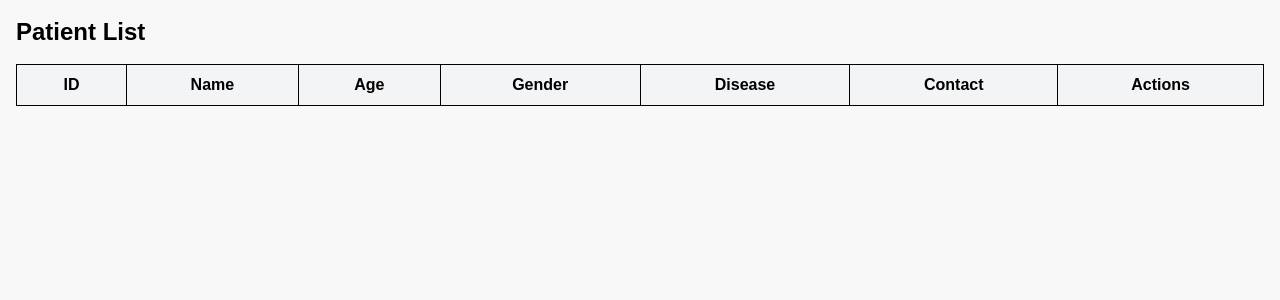
Repository: DangerCR7/patient-crud-app
Page: /patients (app in patient-crud-ui/)
These files come from the project's save history. The page is drawn as it stood at one moment and after the next save; the edit follows.
The browser window is 1280 px wide. The pictures show the whole page.
The page's requests for data from a server got no answer. The project was rebuilt for these pictures with package versions that can differ from the ones it lists, and the page was loaded fresh each time. The framework's server and built-in components were replaced by stand-ins that run in the browser. No one was signed in, and anything a server would have sent is missing. Also part of the build but not shown: patient-crud-ui/next.config.mjs.

Above is the page before, as saved 2025-07-14 20:25:25.

### patient-crud-ui/src/app/patients/page.js
'use client';

import React, { useEffect, useState } from 'react';
import Link from 'next/link';

export default function PatientsList() {
  const [patients, setPatients] = useState([]);

  const fetchPatients = async () => {
    const res = await fetch('http://localhost:8080/api/patients');
    const data = await res.json();
    setPatients(data);
  };

  const handleDelete = async (id) => {
    if (!confirm('Are you sure to delete this patient?')) return;
    await fetch(`http://localhost:8080/api/patients/${id}`, {
      method: 'DELETE',
    });
    fetchPatients(); // reload
  };

  useEffect(() => {
    fetchPatients();
  }, []);

  return (
    <div className="container mx-auto p-4 text-black">
      <h1 className="text-2xl font-bold mb-4">Patient List</h1>
      <table className="table-auto w-full border-collapse border border-gray-300">
        <thead className="bg-gray-100">
          <tr>
            <th className="border px-4 py-2">ID</th>
            <th className="border px-4 py-2">Name</th>
            <th className="border px-4 py-2">Age</th>
            <th className="border px-4 py-2">Gender</th>
            <th className="border px-4 py-2">Disease</th>
            <th className="border px-4 py-2">Contact</th>
            <th className="border px-4 py-2">Actions</th>
          </tr>
        </thead>
        <tbody>
          {patients.map((p) => (
            <tr key={p.id}>
              <td className="border px-4 py-2">{p.id}</td>
              <td className="border px-4 py-2">{p.name}</td>
              <td className="border px-4 py-2">{p.age}</td>
              <td className="border px-4 py-2">{p.gender}</td>
              <td className="border px-4 py-2">{p.disease}</td>
              <td className="border px-4 py-2">{p.contact}</td>
              <td className="border px-4 py-2">
                <Link href={`/patient-form?id=${p.id}`}>
                  <button className="bg-blue-500 text-white px-2 py-1 rounded mr-2">Edit</button>
                </Link>
                <button
                  onClick={() => handleDelete(p.id)}
                  className="bg-red-500 text-white px-2 py-1 rounded"
                >
                  Delete
                </button>
              </td>
            </tr>
          ))}
        </tbody>
      </table>
    </div>
  );
}

### patient-crud-ui/src/app/globals.css
@import "tailwindcss";

:root {
  --background: #ffffff;
  --foreground: #171717;
}

@theme inline {
  --color-background: var(--background);
  --color-foreground: var(--foreground);
  --font-sans: var(--font-geist-sans);
  --font-mono: var(--font-geist-mono);
}

@media (prefers-color-scheme: dark) {
  :root {
    --background: #0a0a0a;
    --foreground: #ededed;
  }
}

body {
  background-color: #f8f8f8;
  color: #000000;
  font-family: sans-serif;
}

Loaded but not shown: patient-crud-ui/src/app/layout.js (common file)

After the next save:
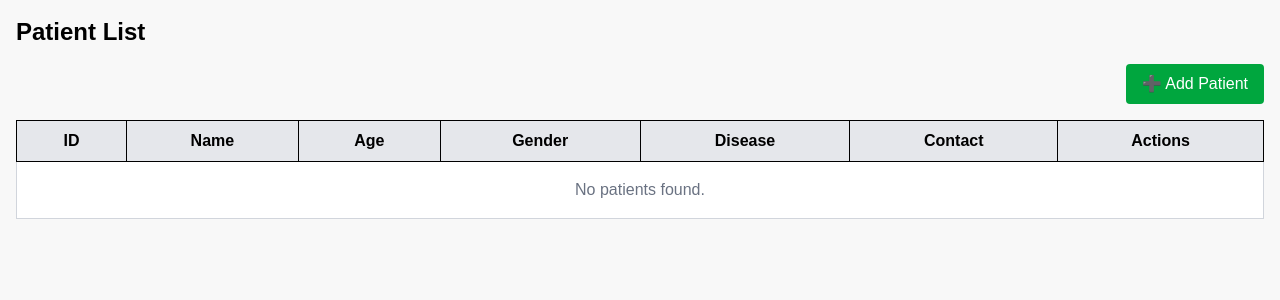
Saved 5 min 25 s later.
--- a/patient-crud-ui/src/app/patients/page.js
+++ b/patient-crud-ui/src/app/patients/page.js
@@ -2,34 +2,60 @@
 
 import React, { useEffect, useState } from 'react';
 import Link from 'next/link';
+import { useRouter } from 'next/navigation';
 
 export default function PatientsList() {
   const [patients, setPatients] = useState([]);
+  const router = useRouter();
 
   const fetchPatients = async () => {
-    const res = await fetch('http://localhost:8080/api/patients');
-    const data = await res.json();
-    setPatients(data);
-  };
-
-  const handleDelete = async (id) => {
-    if (!confirm('Are you sure to delete this patient?')) return;
-    await fetch(`http://localhost:8080/api/patients/${id}`, {
-      method: 'DELETE',
-    });
-    fetchPatients(); // reload
+    try {
+      const res = await fetch('http://localhost:8080/api/patients');
+      const data = await res.json();
+      setPatients(data);
+    } catch (error) {
+      console.error('Failed to fetch patients:', error);
+    }
   };
 
   useEffect(() => {
     fetchPatients();
   }, []);
 
+  const handleDelete = async (id) => {
+    if (!confirm('Are you sure you want to delete this patient?')) return;
+    try {
+      await fetch(`http://localhost:8080/api/patients/${id}`, {
+        method: 'DELETE',
+      });
+      fetchPatients(); // Refresh the list
+    } catch (error) {
+      console.error('Failed to delete patient:', error);
+    }
+  };
+
+  const handleEdit = (patient) => {
+    // Save patient data in localStorage to prefill the form
+    localStorage.setItem('editPatient', JSON.stringify(patient));
+    router.push('/patient-form');
+  };
+
   return (
     <div className="container mx-auto p-4 text-black">
       <h1 className="text-2xl font-bold mb-4">Patient List</h1>
-      <table className="table-auto w-full border-collapse border border-gray-300">
-        <thead className="bg-gray-100">
-          <tr>
+
+      {/* ✅ Add Patient Button */}
+      <div className="flex justify-end mb-4">
+        <Link href="/patient-form">
+          <button className="bg-green-600 text-white px-4 py-2 rounded">
+            ➕ Add Patient
+          </button>
+        </Link>
+      </div>
+
+      <table className="table-auto w-full border-collapse border border-gray-300 bg-white text-black">
+        <thead>
+          <tr className="bg-gray-200">
             <th className="border px-4 py-2">ID</th>
             <th className="border px-4 py-2">Name</th>
             <th className="border px-4 py-2">Age</th>
@@ -40,27 +66,38 @@ export default function PatientsList() {
           </tr>
         </thead>
         <tbody>
-          {patients.map((p) => (
-            <tr key={p.id}>
-              <td className="border px-4 py-2">{p.id}</td>
-              <td className="border px-4 py-2">{p.name}</td>
-              <td className="border px-4 py-2">{p.age}</td>
-              <td className="border px-4 py-2">{p.gender}</td>
-              <td className="border px-4 py-2">{p.disease}</td>
-              <td className="border px-4 py-2">{p.contact}</td>
-              <td className="border px-4 py-2">
-                <Link href={`/patient-form?id=${p.id}`}>
-                  <button className="bg-blue-500 text-white px-2 py-1 rounded mr-2">Edit</button>
-                </Link>
-                <button
-                  onClick={() => handleDelete(p.id)}
-                  className="bg-red-500 text-white px-2 py-1 rounded"
-                >
-                  Delete
-                </button>
+          {patients.length === 0 ? (
+            <tr>
+              <td colSpan="7" className="text-center py-4 text-gray-500">
+                No patients found.
               </td>
             </tr>
-          ))}
+          ) : (
+            patients.map((patient) => (
+              <tr key={patient.id} className="hover:bg-gray-100">
+                <td className="border px-4 py-2">{patient.id}</td>
+                <td className="border px-4 py-2">{patient.name}</td>
+                <td className="border px-4 py-2">{patient.age}</td>
+                <td className="border px-4 py-2">{patient.gender}</td>
+                <td className="border px-4 py-2">{patient.disease}</td>
+                <td className="border px-4 py-2">{patient.contact}</td>
+                <td className="border px-4 py-2 space-x-2">
+                  <button
+                    onClick={() => handleEdit(patient)}
+                    className="bg-blue-500 text-white px-2 py-1 rounded"
+                  >
+                    Edit
+                  </button>
+                  <button
+                    onClick={() => handleDelete(patient.id)}
+                    className="bg-red-500 text-white px-2 py-1 rounded"
+                  >
+                    Delete
+                  </button>
+                </td>
+              </tr>
+            ))
+          )}
         </tbody>
       </table>
     </div>
